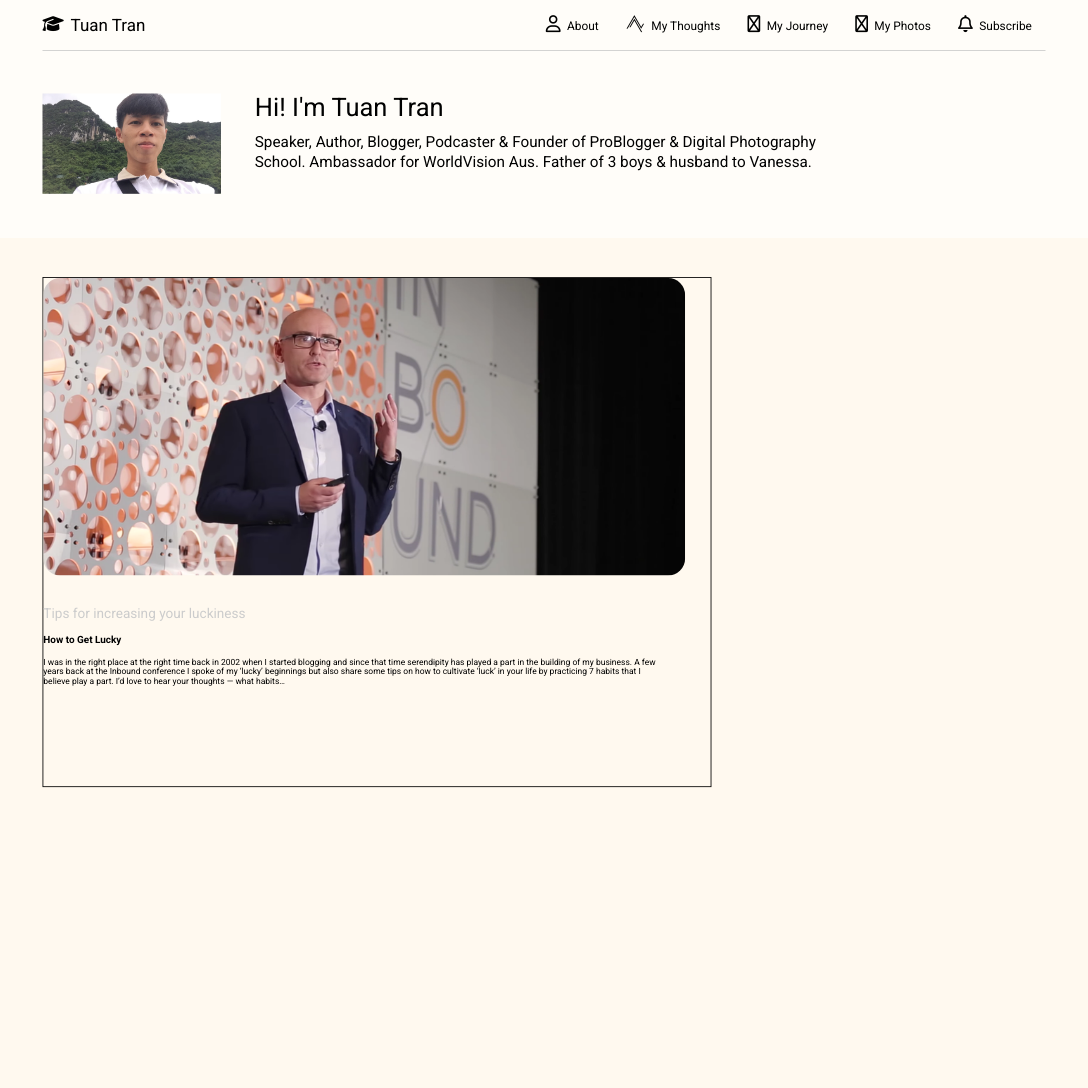
Repository: TranDinhTuann/Blog-Demo
Page: index.html
An editor plug-in stored every save of this project. The page is shown before and after the next save, followed by the edit.
The browser window is 1280 px wide. The pictures show the whole page, at 85% of full size.

Above is the page before, as saved 2023-03-22 20:28:58.

### index.html
<!DOCTYPE html>
<html lang="en">
<head>
    <meta charset="UTF-8">
    <meta http-equiv="X-UA-Compatible" content="IE=edge">
    <meta name="viewport" content="width=device-width, initial-scale=1.0">
    <title>Blog của Tuấn</title>
    <link rel="stylesheet" href="./assets/css/base.css">
    <link rel="stylesheet" href="./assets/css/main.css">
    <link rel="stylesheet" href="https://cdnjs.cloudflare.com/ajax/libs/normalize/8.0.1/normalize.min.css">
    <link rel="stylesheet" href="./assets/fonts/fontawesome-free-6.2.1-web/css/all.min.css">
    <link rel="preconnect" href="https://fonts.googleapis.com"><link rel="preconnect" href="https://fonts.gstatic.com" crossorigin><link href="https://fonts.googleapis.com/css2?family=Roboto:wght@300;400;500;700&display=swap" rel="stylesheet">
</head>
<body>
    <div class="app">
        <div class="header">
            <nav class="navbar">
                <a class="navbar__head">
                    <i class="navbar__head-icon fa-solid fa-graduation-cap"></i>
                    <div class="navbar__name">Tuan Tran</div>
                </a>

                <ul class="navbar__list">
                    <li class="navbar__list-item">
                        <a href="" class="navbar__list-item-link">
                            <i class="navbar__list-item-icon fa-regular fa-user"></i>
                            <span class="navbar__list-item-text">About</span>
                        </a>
                    </li>
                    <li class="navbar__list-item">
                        <a href="" class="navbar__list-item-link">
                            <i class="navbar__list-item-icon fa-brands fa-think-peaks"></i>
                            <span class="navbar__list-item-text">My Thoughts</span>
                        </a>
                    </li>
                    <li class="navbar__list-item">
                        <a href="" class="navbar__list-item-link">
                            <i class="navbar__list-item-icon fa-regular fa-location-dot"></i>
                            <span class="navbar__list-item-text">My Journey</span>
                        </a>
                    </li>
                    <li class="navbar__list-item">
                        <a href="" class="navbar__list-item-link">
                            <i class="navbar__list-item-icon fa-sharp fa-regular fa-camera-retro"></i>
                            <span class="navbar__list-item-text">My Photos</span>
                        </a>
                    </li>
                    <li class="navbar__list-item">
                        <a href="" class="navbar__list-item-link">
                            <i class="navbar__list-item-icon fa-regular fa-bell"></i>
                            <span class="navbar__list-item-text">Subscribe</span>
                        </a>
                    </li>
                </ul>
            </nav>

            <div class="intro">
                <div class="intro__img">
                    <img src="./assets/img/logo.JPG" alt="" class="intro__img-image">
                </div>
                <div class="intro__text">
                    <div class="intro__head">Hi! I'm Tuan Tran </div>
                    <div class="intro__des">Speaker, Author, Blogger, Podcaster & Founder of ProBlogger & Digital Photography School. Ambassador for WorldVision Aus. Father of 3 boys & husband to Vanessa.</div>
                </div>
            </div>
        </div>

        <div class="grid">
            <div class="grid1">
                <div class="content">
                    <div class="columns">
                        <div class="img-human">
                            <img class="img-ong" src="./assets/img/slider/human1.png" alt="">
                        </div>
                        <div class="column-text">
                            <p class="des">Tips for increasing your luckiness</p>
                            <h3 class="heading">How to Get Lucky</h3>
                            <div class="sub-heading">I was in the right place at the right time back in 2002 when I started blogging and since that time serendipity has played a part in the building of my business. A few years back at the Inbound conference I spoke of my ‘lucky’ beginnings but also share some tips on how to cultivate ‘luck’ in your life by practicing 7 habits that I believe play a part. I’d love to hear your thoughts — what habits…</div>
                        </div>
                    </div>
                </div>

                <div class="sitebar">

                </div>
            </div>
        </div>

        <footer class="footer">

        </footer>
    </div>
</body>
</html>

### assets/css/base.css
:root {
    --white-color: #fff;
    --black-color: #000;
    --text-color: #333;
    --primary-color: #fff9ef;
    --header-primary-color: rgb(255, 253, 249);
}

* {
    box-sizing: inherit;
}

html {
    /* hack */
    font-size: 62.5%;
    line-height: 1.6rem;
    font-family: 'Roboto', sans-serif;
    box-sizing: border-box;
}

@keyframes fadeIn {
    from{
        opacity: 0;
    }
    to{
        opacity: 1;
    }
}

@keyframes growth {
    from{
        transform: calc(0);
    }
    to{
        transform: calc(1);
    }
}

.img-ong{
    width: 100%;
    height: 350px;
    display: block;
    border-radius: 20px;
}
.img-human{
    margin-right: 30px;
    height: 350px;
    display: block;
}

### assets/css/main.css
.app{
    height: 1000px;
    background-color: rgb(255, 253, 249);
}

.header{
    height: 280px;
    margin: 0 50px;
}

.navbar{
    height: 60px;
    border-bottom: 1px solid #ccc;
    display: flex;
    align-items: center;
    justify-content: space-between;
}

.navbar__head-icon {
    font-size: 2rem;
    margin-right: 8px;
}

.navbar__name {
    font-size: 2rem;

}

.navbar__head {
    display: flex;
}

.navbar__head:hover {
    cursor: pointer;
    opacity: 0.5;
}

.navbar__list {
    display: flex;
    list-style: none;
    font-size: 1.4rem;
}

.navbar__list-item {
    padding: 0 16px;
    line-height: 60px;
}

.navbar__list-item:hover {
    cursor: pointer;
    opacity: 0.5;
}

.navbar__list-item-link {
    color: #000;
    text-decoration: none;
}

.navbar__list-item-icon{
    font-size: 2rem;
    padding-right: 4px;
}


.intro {
    display: flex;
    margin-top: 50px;
}

.intro__img {
    width: 30%;
    height: 50px;
}

.intro__img-image {
    width: 100%;
    background-size:cover;
}

.intro__text{
    padding-left: 40px;
}

.intro__head {
    font-size: 3rem;
}

.intro__des {
    font-size: 1.8rem;
    padding: 10px 250px 0 0;
    line-height: 2.4rem;
}


/* Grid */
.grid {
    background-color: rgb(255, 249, 239);
    height: 1000px;
    /* display: flex; */
}
.grid1  {
    margin: 0 50px;
    display: flex;
    padding-top: 46px;
}
.content {
    border: 1px solid #000;
    height: 600px;
    flex: 2;
}
.sitebar {
    flex: 1;
}

.column-text{
    padding: 20px 50px 0 0;
}
.des{
    font-size: 16px;
    color: #ccc;
}

Loaded but not shown: assets/fonts/fontawesome-free-6.2.1-web/css/all.min.css (library)

After the next save:
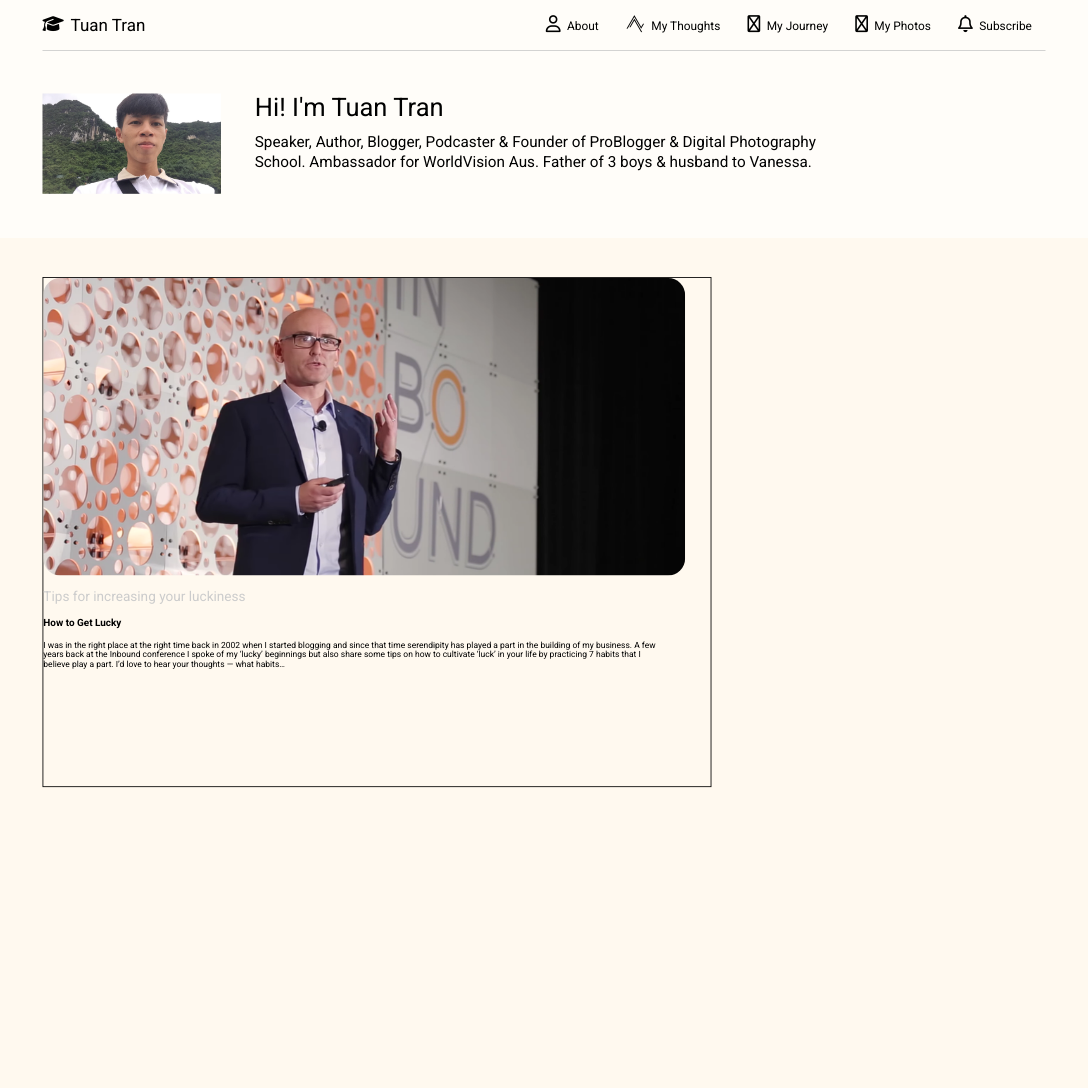
Saved 14 s later.
--- a/assets/css/main.css
+++ b/assets/css/main.css
@@ -113,7 +113,7 @@
 }
 
 .column-text{
-    padding: 20px 50px 0 0;
+    padding: 0 50px 0 0;
 }
 .des{
     font-size: 16px;
